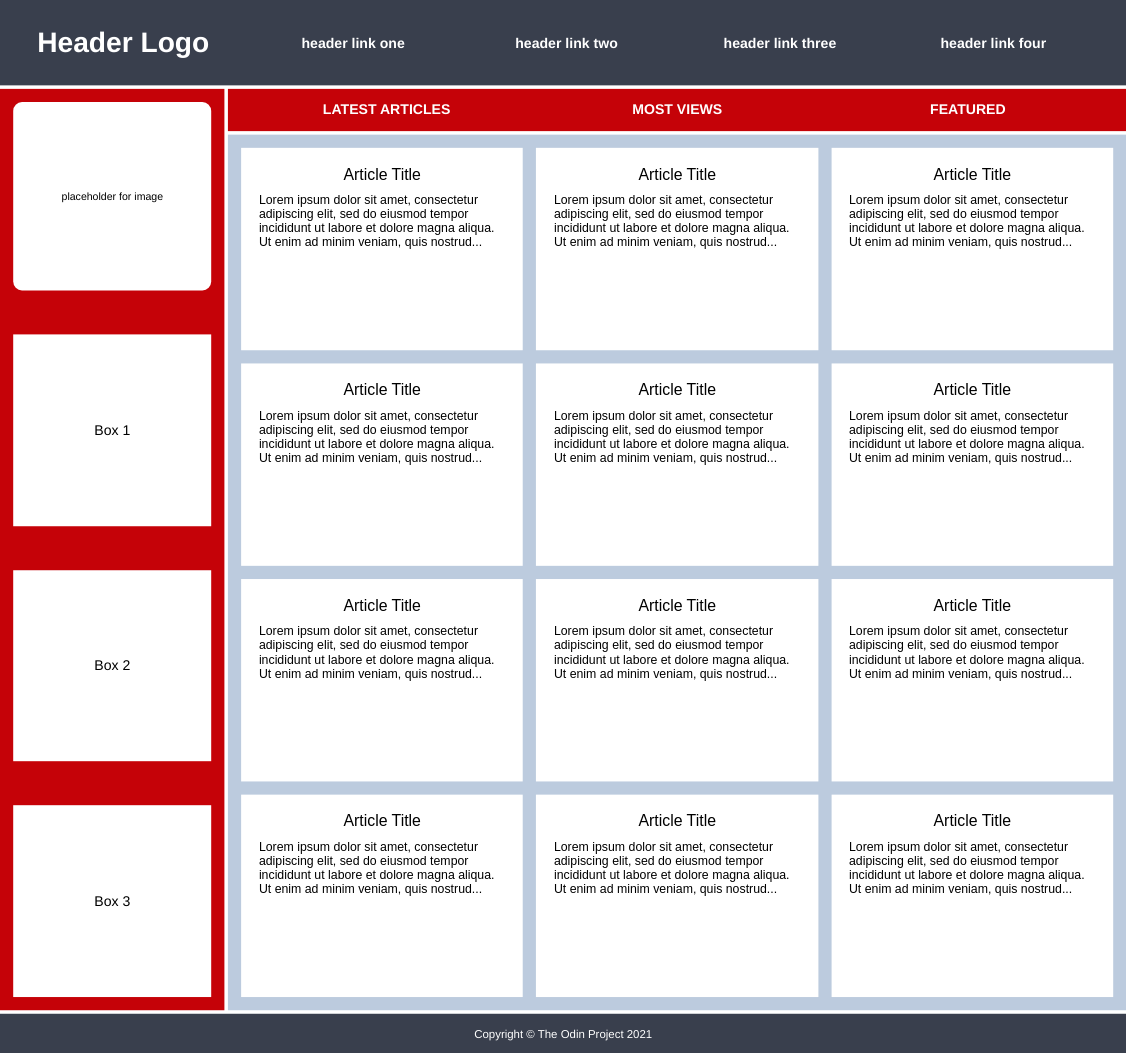
Repository: gkintu/css-exercises
Page: intermediate-html-css/advanced-grid/02-holy-grail-mockup/index.html
The author's editor kept a copy of each file at every save. The page is drawn from the files as they stood at one save, then again after the next save.
The browser window is 1280 px wide. The pictures show the whole page, at 88% of full size.

Above is the page before, as saved 2025-03-04 11:21:58.

After the next save:
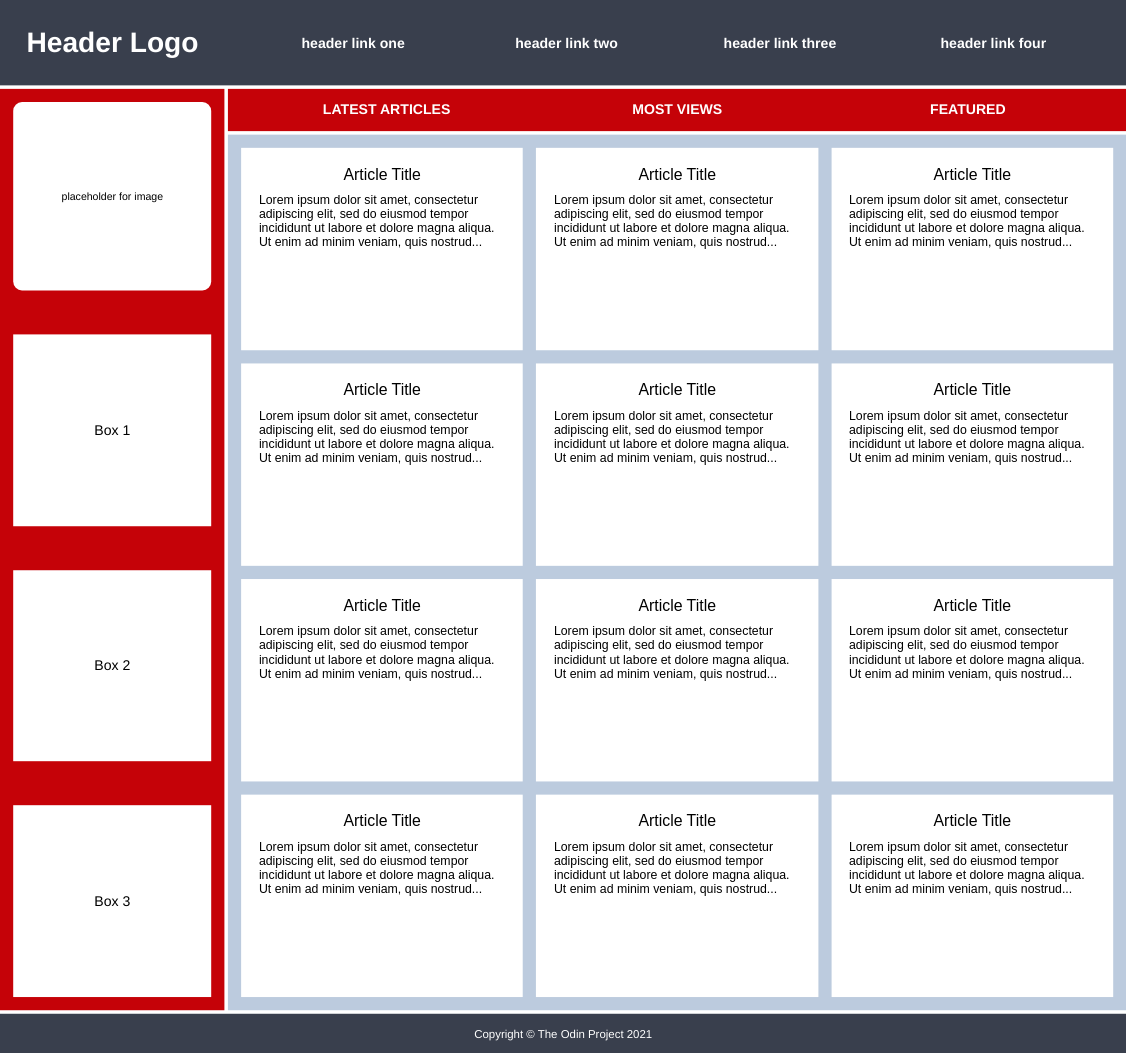
Saved 52 s later.
--- a/intermediate-html-css/advanced-grid/02-holy-grail-mockup/style.css
+++ b/intermediate-html-css/advanced-grid/02-holy-grail-mockup/style.css
@@ -26,6 +26,10 @@
   grid-template-columns: 1fr 4fr;
   align-items: center;
 
+}
+
+.logo {
+  justify-self: start;
 }
 
 .menu {
